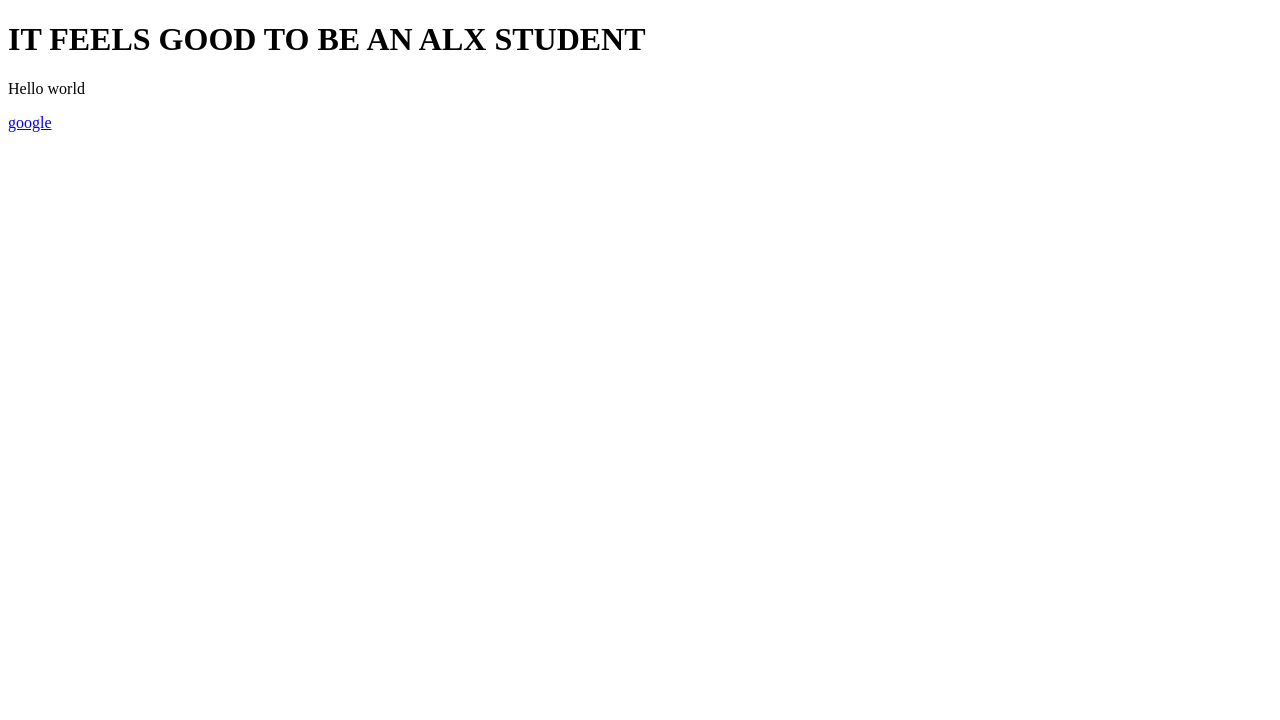
Repository: dannysimw/alx_tools_intro
Page: html/index.html
The author's editor kept a copy of each file at every save. The page is drawn from the files as they stood at one save, then again after the next save.
The browser window is 1280 px wide. The pictures show the whole page.

Above is the page before, as saved 2023-07-01 21:22:43.

After the next save:
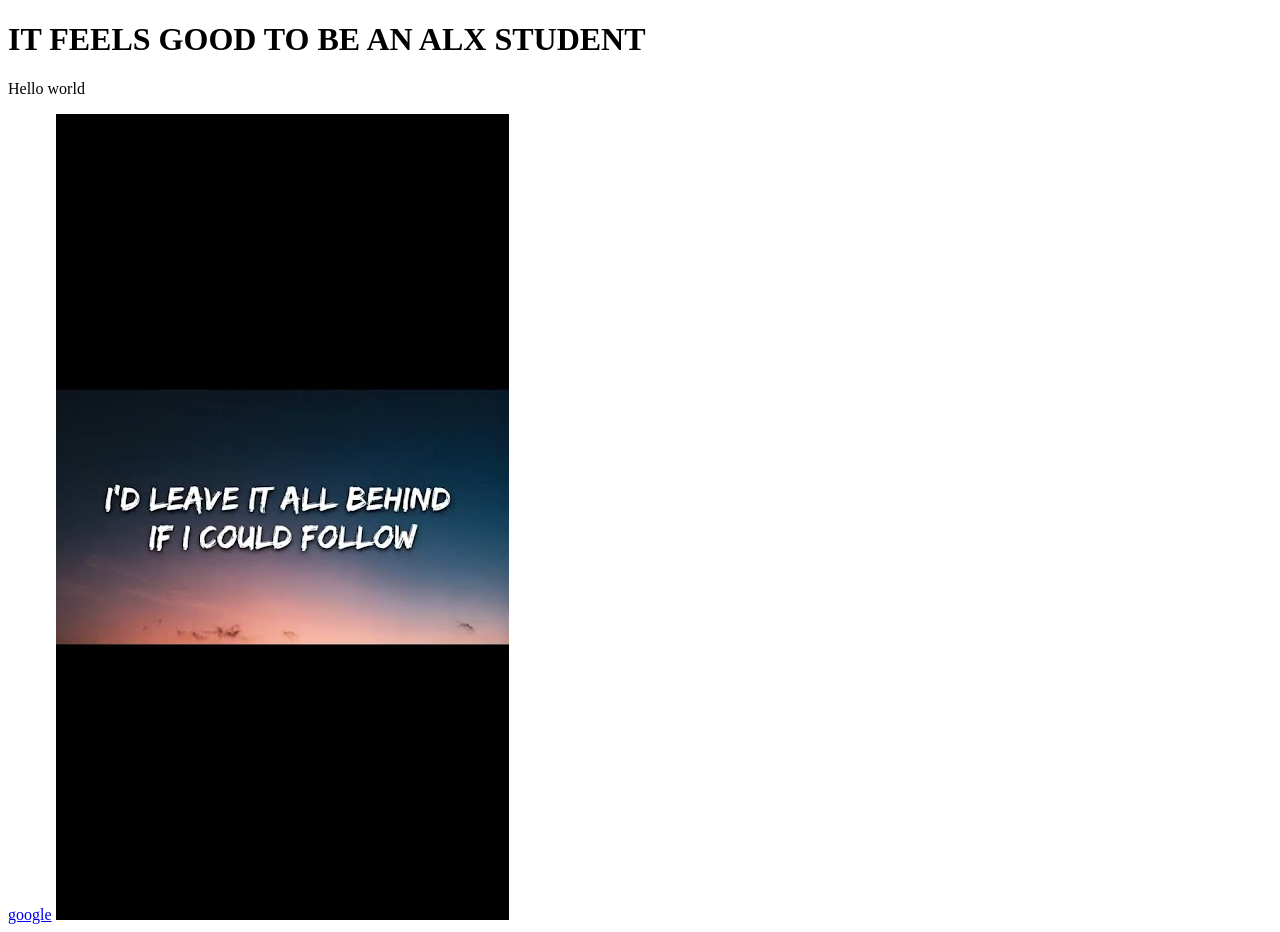
Saved 21 min 28 s later.
--- a/html/index.html
+++ b/html/index.html
@@ -9,5 +9,6 @@
     <h1>IT FEELS GOOD TO BE AN ALX STUDENT</h1>
     <p>Hello world</p>
     <a href="https://google.com">google</a>
+    <img src="/html/image.jpg" alt="image">
 </body>
 </html>

After the save that followed:
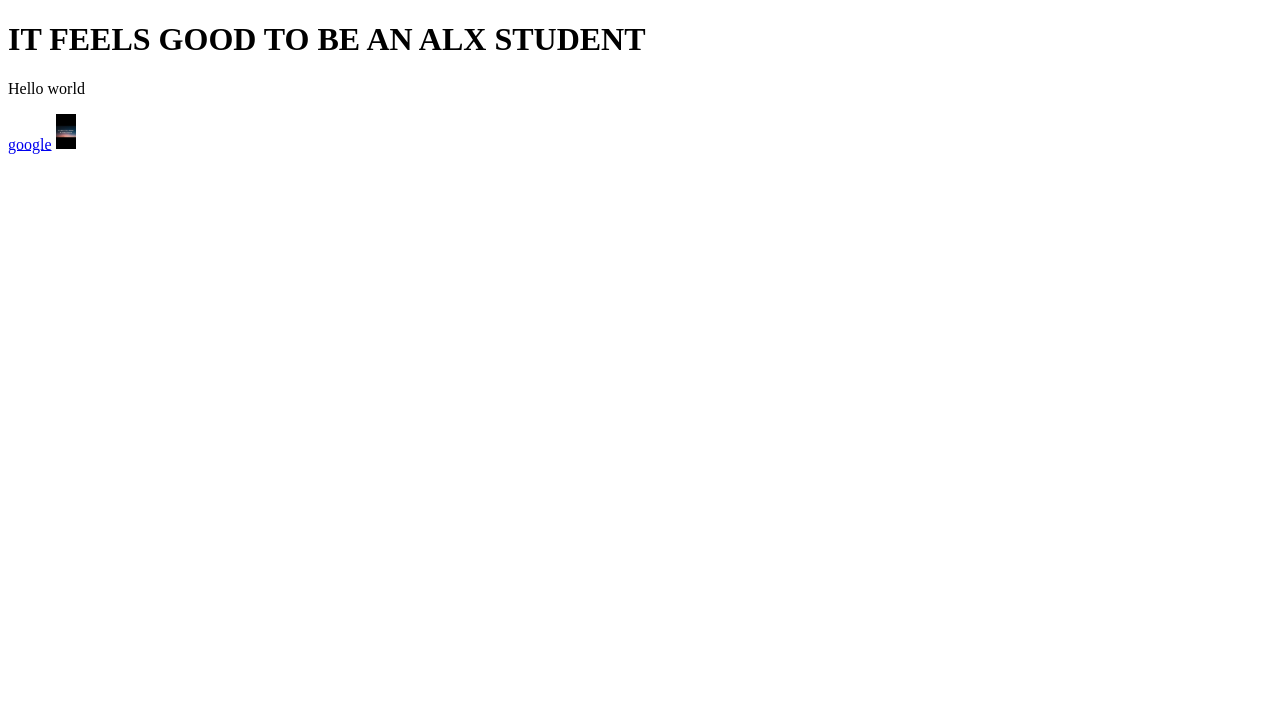
Saved 58 s later.
--- a/html/index.html
+++ b/html/index.html
@@ -9,6 +9,6 @@
     <h1>IT FEELS GOOD TO BE AN ALX STUDENT</h1>
     <p>Hello world</p>
     <a href="https://google.com">google</a>
-    <img src="/html/image.jpg" alt="image">
+    <img src="/html/image.jpg" alt="image" width="20px">
 </body>
 </html>
